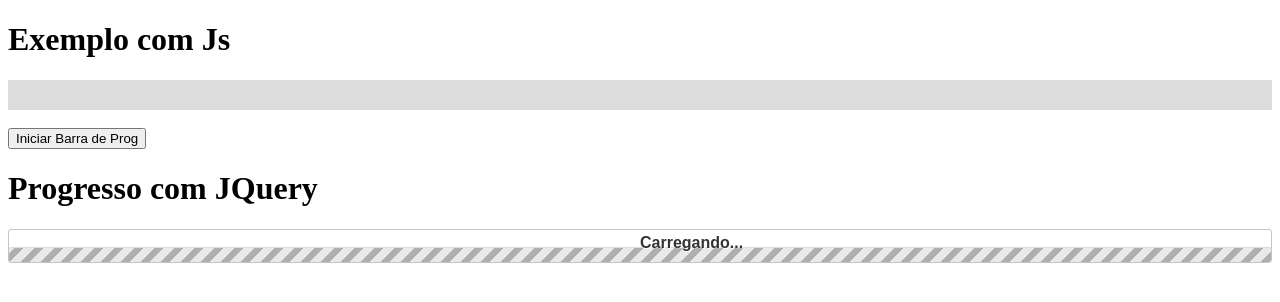
Repository: VictorGOrellana/RecursosJava
Page: http://localhost/curso.edu/pages/progressBar.jsp
The author's editor kept a copy of each file at every save. The page is drawn from the files as they stood at one save, then again after the next save.
The browser window is 1280 px wide. The pictures show the whole page.
Some web libraries are served in a nearby version. The page is served by Tomcat 9. Nobody is signed in. The application's start-up code is not run. Other server files are loaded and not shown.

Above is the page before, as saved 2019-07-25 19:12:15.

### curso.edu/WebContent/pages/progressBar.jsp
<%@ page language="java" contentType="text/html; charset=ISO-8859-1"
	pageEncoding="ISO-8859-1"%>
<!DOCTYPE html>
<html>
<head>
<meta charset="ISO-8859-1">
<title>Barra de Progresso</title>
<link rel="stylesheet" href="//code.jquery.com/ui/1.12.1/themes/base/jquery-ui.css">

<script src ="https://code.jquery.com/jquery-3.4.1.min.js"></script>
<script src ="https://code.jquery.com/ui/1.12.1/jquery-ui.js"></script>

<style type="text/css">
#myProgress {
	width: 100%;
	background-color: #ddd;

}

#myBar {
	width: 0%;
	height: 30px;
	background-color: #4CAF50;

}

.ui.progressbar{
	position: relative;

}

.progress-label{
position: relative;
	left: 50%;
	top: 4px;
	font-weight: bold;
	text-shadow: 1px 1px 0 #fff;
}



</style>
</head>
<body>

	<h1>Exemplo com Js</h1>
		<div id="myProgress">
			<div id="myBar">
			</div>
		</div>
		<br/>

		<button onclick="exibirBarra()">Iniciar Barra de Prog</button>





		<br/>

		<h1>Progresso com JQuery</h1>

			<div id="progressbar">
				<div class="progress-label">
					Carregando...
				</div>
			</div>









		<script type="text/javascript">

		//script com JQuery
			$(function(){
				var progressbar = $("#progressbar"),
					progresslabel = $(".progress-label");


				progressbar.progressbar({
					value : false,
					change : function(){
						progresslabel.text (progressbar.progressbar('value')+"%")
					}
				})

			})






		// Script barra com JS
		function exibirBarra(){
			var elem = document.getElementById("myBar");
			var width = 1;
			var id = setInterval(frame, 20 );

				function frame(){
					if(width >= 100){
						clearInterval(id);

					} else {
						width++;
						elem.style.width = width +"%";
					}

				}


		}
		</script>




</body>
</html>

After the next save:
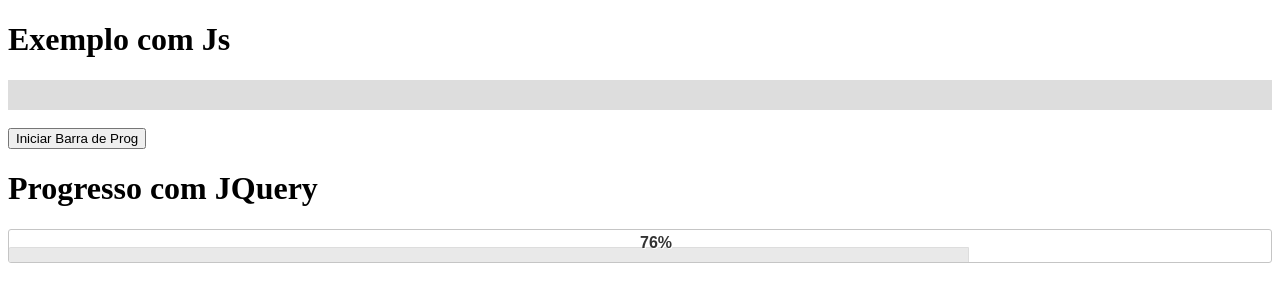
Saved 3 min 40 s later.
--- a/curso.edu/WebContent/pages/progressBar.jsp
+++ b/curso.edu/WebContent/pages/progressBar.jsp
@@ -86,10 +86,25 @@
 					value : false,
 					change : function(){
 						progresslabel.text (progressbar.progressbar('value')+"%")
+					},
+					complete : function(){
+						progresslabel.text('Completo!');
 					}
-				})
+				});
 
-			})
+				function progress(){
+					var val = progressbar.progressbar("value") || 0;
+
+					progressbar.progressbar("value", val +2 );
+
+					if( val < 99){
+						setTimeout(progress , 80);
+					}
+				}
+				setTimeout(progress , 2000);
+
+
+			});
 
 
 
